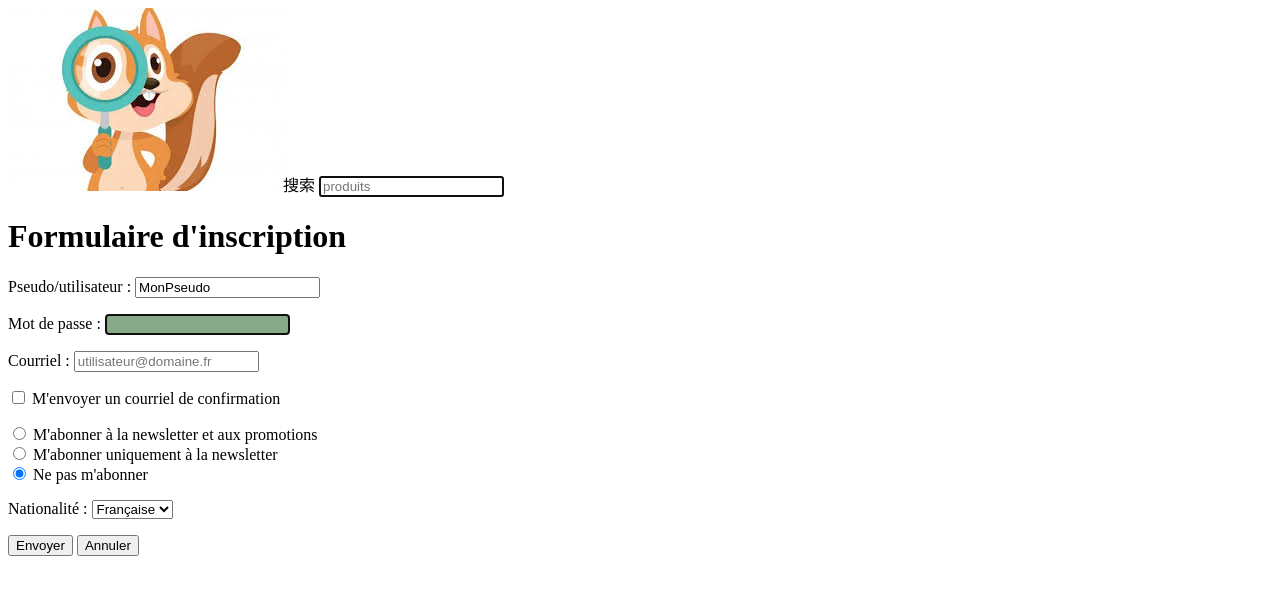
Repository: clairedupuich/excercice
Page: javaScript/Gestion les formulaires /formulaires.html
The author's editor kept a copy of each file at every save. The page is drawn from the files as they stood at one save, then again after a run of saves.
The browser window is 1280 px wide. The pictures show the whole page.
The first visible `#mdp` has the focus.

Above is the page before, as saved 2020-10-14 22:38:35.

After the next 2 saves:
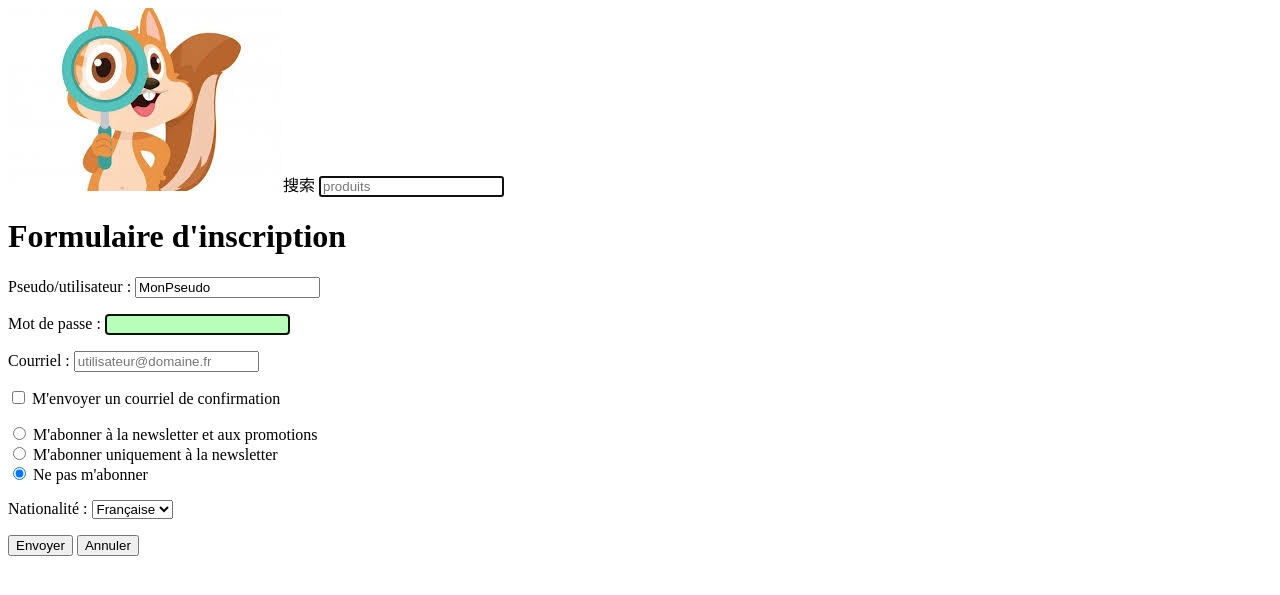
The 2 saves are shown as one change because they came seconds apart.
The last was saved 14 s later.
--- a/javaScript/Gestion les formulaires /formulaires.css
+++ b/javaScript/Gestion les formulaires /formulaires.css
@@ -1,3 +1,3 @@
 #mdp:focus {
-    background-color: rgb(135, 170, 136);
-}
+    background-color: rgb(184, 253, 186);
+}s
